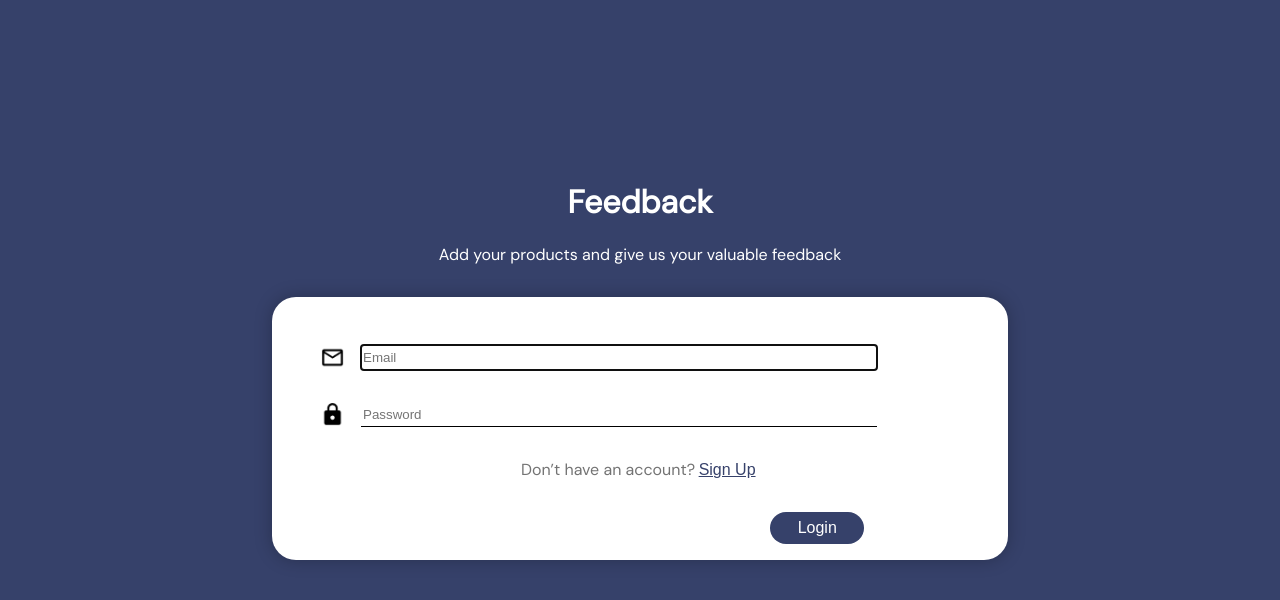
Repository: drumsmanku/final-evaluation-test
Page: /login (app in client/)
An editor plug-in stored every save of this project. The page is shown before and after the next save, followed by the edit.
The browser window is 1280 px wide. The pictures show the whole page.
The first visible `.login-container input` has the focus.
The project was rebuilt for these pictures with package versions that can differ from the ones it lists, and the page was loaded fresh each time. Also part of the build but not shown: client/src/Components/MainPage.js, client/src/Components/SignUp.js.

Above is the page before, as saved 2023-07-29 19:04:31.

After the next save:
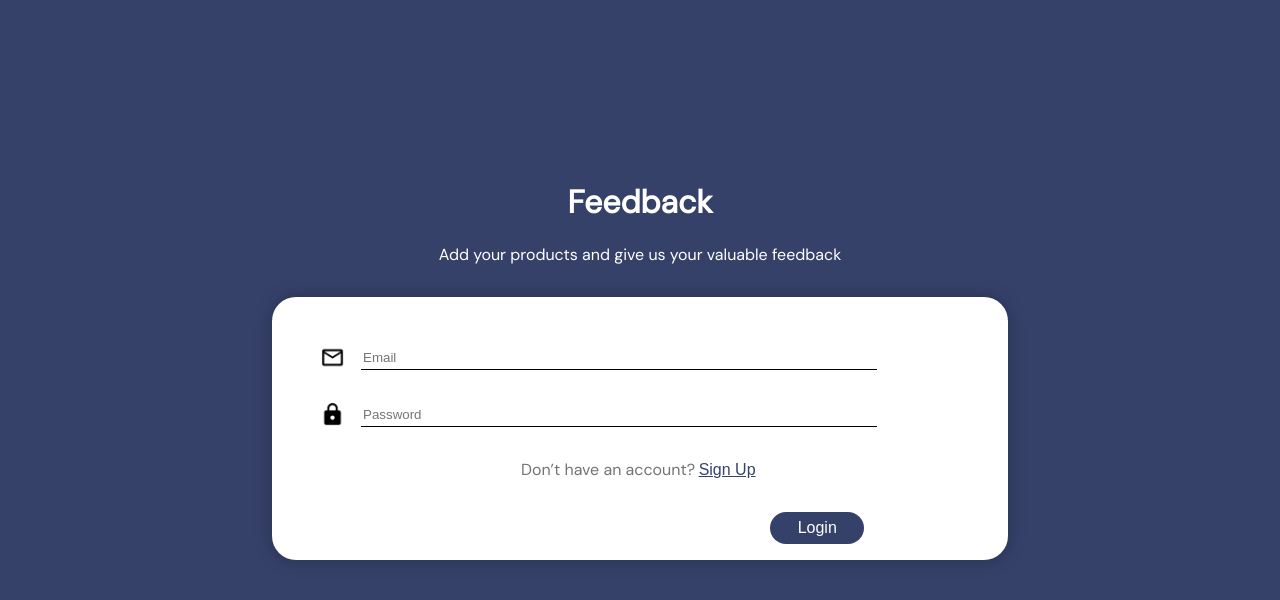
Saved 99 s later.
--- a/client/src/CSS/Login.css
+++ b/client/src/CSS/Login.css
@@ -30,6 +30,9 @@
   border-left: none;
   border-right: none;
 }
+.login-container input:focus{
+  outline: none;
+}
 .login-button{
   padding-left: 1.7rem;
   padding-right: 1.7rem;
